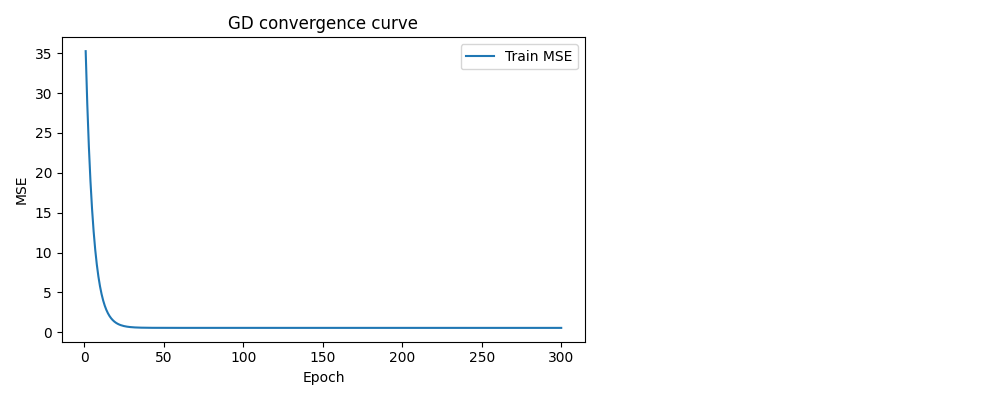
Repository: Mercycoffee12138/machine-learning
Script's output: python lab2/experiment_2_linear_regression/task2_framework_sgd.py
These files come from the project's save history. The script's output is drawn as it stood at one moment and after the next save; the edit follows.
Random numbers start from a fixed seed.

Above is the script's output before, as saved 2025-10-22 16:55:29.

After the next save:
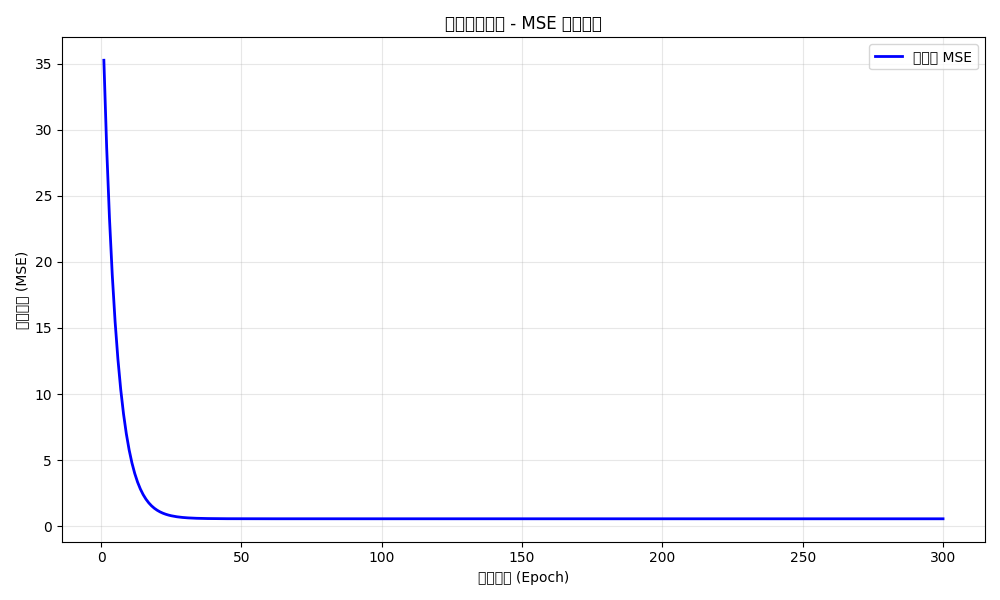
Saved 22 s later.
--- a/lab2/experiment_2_linear_regression/task2_framework_sgd.py
+++ b/lab2/experiment_2_linear_regression/task2_framework_sgd.py
@@ -88,37 +88,53 @@
 
 def main():
     os.makedirs(OUT_DIR, exist_ok=True)
+
+    # 1. 读取数据集（分隔符为分号）
+    print("正在读取数据集...")
     df = pd.read_csv(CSV, sep=';')
+    print(f"数据集形状: {df.shape}")
+    print(f"特征列: {df.columns[:-1].tolist()}")
+    print(f"目标列: {df.columns[-1]}")
+
     X = df.iloc[:, :-1].to_numpy().astype(float)
     y = df.iloc[:, -1].to_numpy().astype(float)
 
+    # 2. 按4:1比例划分训练集和测试集（测试集占20%）
     X_train, y_train, X_test, y_test = train_test_split(X, y, test_ratio=0.2)
+    print(f"训练集样本数: {X_train.shape[0]}")
+    print(f"测试集样本数: {X_test.shape[0]}")
+
+    # 数据标准化
     X_train, X_test = normalize(X_train, X_test)
+    print("数据标准化完成")
 
-    print('[Template] Implement gd_train(X_train, y_train) returning w, b, history.')
+    print('\n开始使用批量梯度下降训练线性回归模型...')
 
-    # 如已实现，可取消注释进行训练与作图
+    # 3. 使用批量梯度下降训练模型
     w, b, hist = gd_train(X_train, y_train, lr=0.05, epochs=300)
-    #
-    # # 评估
+
+    # 4. 评估模型性能
     y_train_pred = X_train @ w + b
     y_test_pred = X_test @ w + b
     train_mse = float(np.mean((y_train - y_train_pred) ** 2))
     test_mse = float(np.mean((y_test - y_test_pred) ** 2))
-    print(f'Train MSE: {train_mse:.4f}')
-    print(f'Test MSE:  {test_mse:.4f}')
-    #
-    # # 收敛曲线
-    plt.figure(figsize=(6, 4))
-    plt.plot(range(1, len(hist) + 1), hist, label='Train MSE')
-    plt.xlabel('Epoch')
-    plt.ylabel('MSE')
-    plt.title('GD convergence curve')
+
+    print(f'\n=== 模型评估结果 ===')
+    print(f'训练集 MSE: {train_mse:.4f}')
+    print(f'测试集 MSE: {test_mse:.4f}')
+
+    # 5. 可视化：绘制MSE收敛曲线
+    plt.figure(figsize=(10, 6))
+    plt.plot(range(1, len(hist) + 1), hist, 'b-', linewidth=2, label='训练集 MSE')
+    plt.xlabel('迭代次数 (Epoch)')
+    plt.ylabel('均方误差 (MSE)')
+    plt.title('批量梯度下降 - MSE 收敛曲线')
     plt.legend()
+    plt.grid(True, alpha=0.3)
     plt.tight_layout()
-    plt.savefig(FIG_PATH, dpi=150)
-    plt.close()
-    print('Saved figure:', FIG_PATH)
+    plt.savefig(FIG_PATH, dpi=150, bbox_inches='tight')
+    plt.show()
+    print(f'\n收敛曲线已保存至: {FIG_PATH}')
 
 
 if __name__ == '__main__':

After the 2 saves that followed:
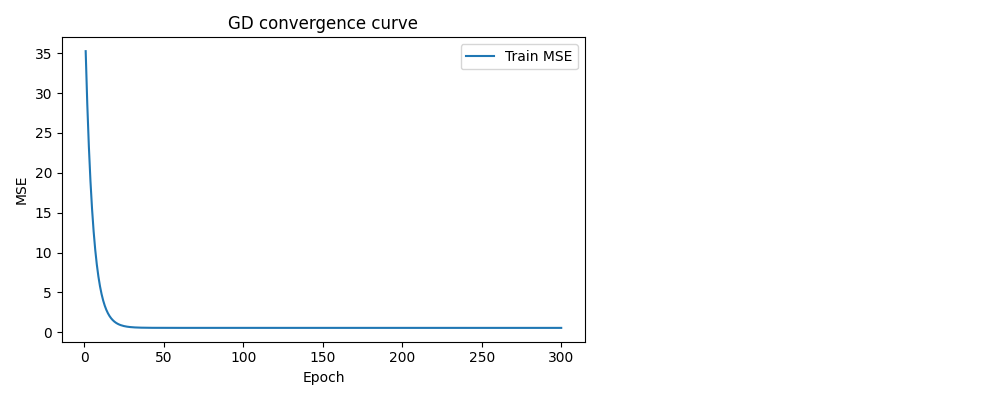
The 2 saves are shown as one change because they came seconds apart.
The last was saved 18 s later.
--- a/lab2/experiment_2_linear_regression/task2_framework_sgd.py
+++ b/lab2/experiment_2_linear_regression/task2_framework_sgd.py
@@ -88,53 +88,37 @@
 
 def main():
     os.makedirs(OUT_DIR, exist_ok=True)
-
-    # 1. 读取数据集（分隔符为分号）
-    print("正在读取数据集...")
     df = pd.read_csv(CSV, sep=';')
-    print(f"数据集形状: {df.shape}")
-    print(f"特征列: {df.columns[:-1].tolist()}")
-    print(f"目标列: {df.columns[-1]}")
-
     X = df.iloc[:, :-1].to_numpy().astype(float)
     y = df.iloc[:, -1].to_numpy().astype(float)
 
-    # 2. 按4:1比例划分训练集和测试集（测试集占20%）
     X_train, y_train, X_test, y_test = train_test_split(X, y, test_ratio=0.2)
-    print(f"训练集样本数: {X_train.shape[0]}")
-    print(f"测试集样本数: {X_test.shape[0]}")
+    X_train, X_test = normalize(X_train, X_test)
 
-    # 数据标准化
-    X_train, X_test = normalize(X_train, X_test)
-    print("数据标准化完成")
+    print('[Template] Implement gd_train(X_train, y_train) returning w, b, history.')
 
-    print('\n开始使用批量梯度下降训练线性回归模型...')
-
-    # 3. 使用批量梯度下降训练模型
+    # 如已实现，可取消注释进行训练与作图
     w, b, hist = gd_train(X_train, y_train, lr=0.05, epochs=300)
-
-    # 4. 评估模型性能
+    #
+    # # 评估
     y_train_pred = X_train @ w + b
     y_test_pred = X_test @ w + b
     train_mse = float(np.mean((y_train - y_train_pred) ** 2))
     test_mse = float(np.mean((y_test - y_test_pred) ** 2))
-
-    print(f'\n=== 模型评估结果 ===')
-    print(f'训练集 MSE: {train_mse:.4f}')
-    print(f'测试集 MSE: {test_mse:.4f}')
-
-    # 5. 可视化：绘制MSE收敛曲线
-    plt.figure(figsize=(10, 6))
-    plt.plot(range(1, len(hist) + 1), hist, 'b-', linewidth=2, label='训练集 MSE')
-    plt.xlabel('迭代次数 (Epoch)')
-    plt.ylabel('均方误差 (MSE)')
-    plt.title('批量梯度下降 - MSE 收敛曲线')
+    print(f'Train MSE: {train_mse:.4f}')
+    print(f'Test MSE:  {test_mse:.4f}')
+    #
+    # # 收敛曲线
+    plt.figure(figsize=(6, 4))
+    plt.plot(range(1, len(hist) + 1), hist, label='Train MSE')
+    plt.xlabel('Epoch')
+    plt.ylabel('MSE')
+    plt.title('GD convergence curve')
     plt.legend()
-    plt.grid(True, alpha=0.3)
     plt.tight_layout()
-    plt.savefig(FIG_PATH, dpi=150, bbox_inches='tight')
-    plt.show()
-    print(f'\n收敛曲线已保存至: {FIG_PATH}')
+    plt.savefig(FIG_PATH, dpi=150)
+    plt.close()
+    print('Saved figure:', FIG_PATH)
 
 
 if __name__ == '__main__':
